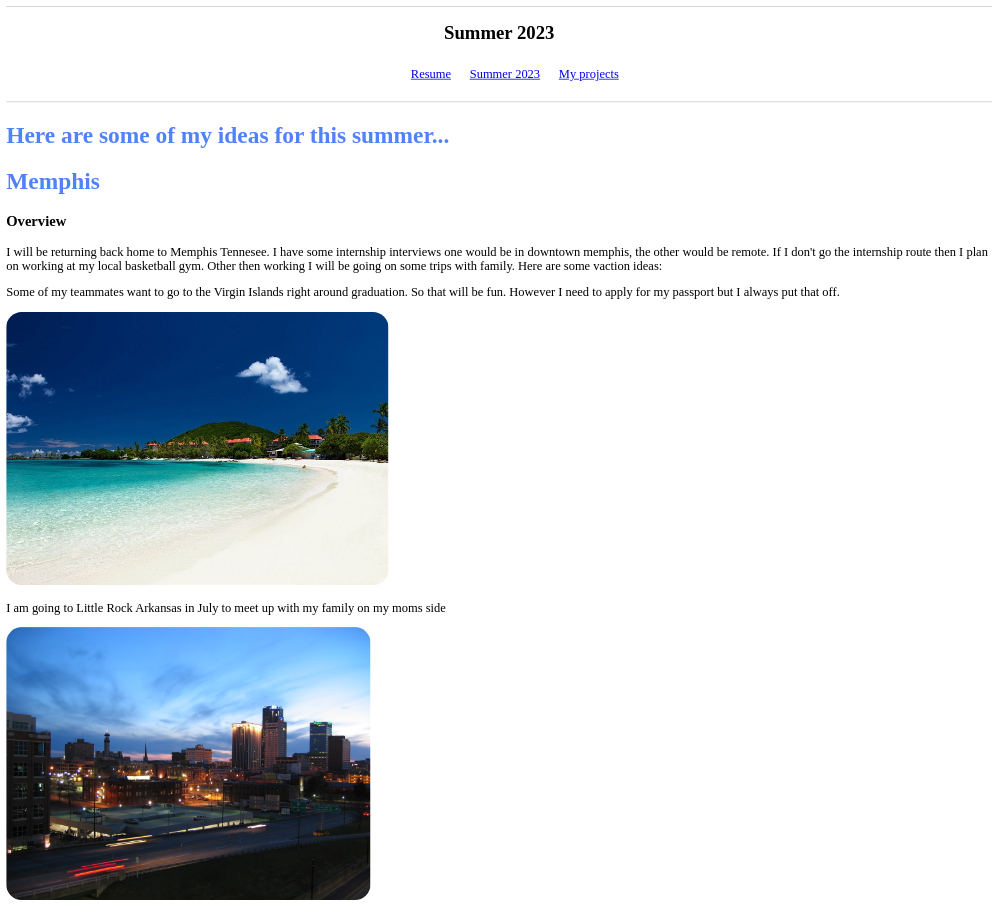
Repository: kayacancode/itm361project1
Page: summer2023.html
An editor plug-in stored every save of this project. The page is shown before and after the next save, followed by the edit.
The browser window is 1280 px wide. The pictures show the whole page, at 78% of full size.
Some web fonts or font styles are not loaded; a fallback is used.

Above is the page before, as saved 2023-03-04 13:50:38.

After the next save:
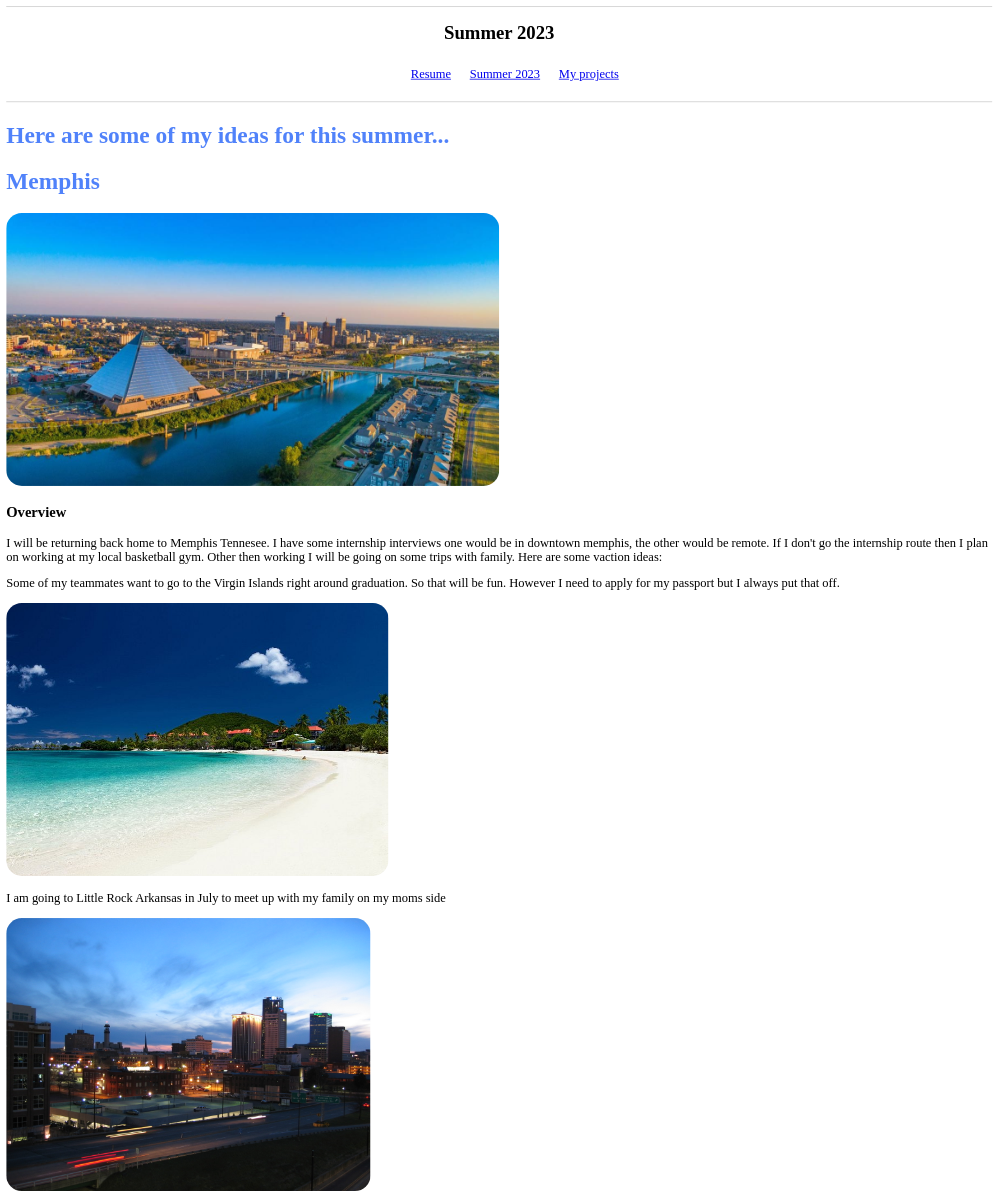
Saved 4 min 16 s later.
--- a/summer2023.html
+++ b/summer2023.html
@@ -22,6 +22,11 @@
     <h2>Here are some of my ideas for this summer...</h2>
     <div class="trips">
       <h2>Memphis </h2>
+      <img
+      src="images/memphis.jpeg"
+      alt="Memphis TN"
+
+    />
       <h3>Overview</h3>
       <p>I will be returning back home to Memphis Tennesee. I have some internship interviews one would be in downtown memphis, the other would be remote. If I don't go the internship route then I plan on working at my local basketball gym.
         Other then working I will be going on some trips with family. Here are some vaction ideas:
